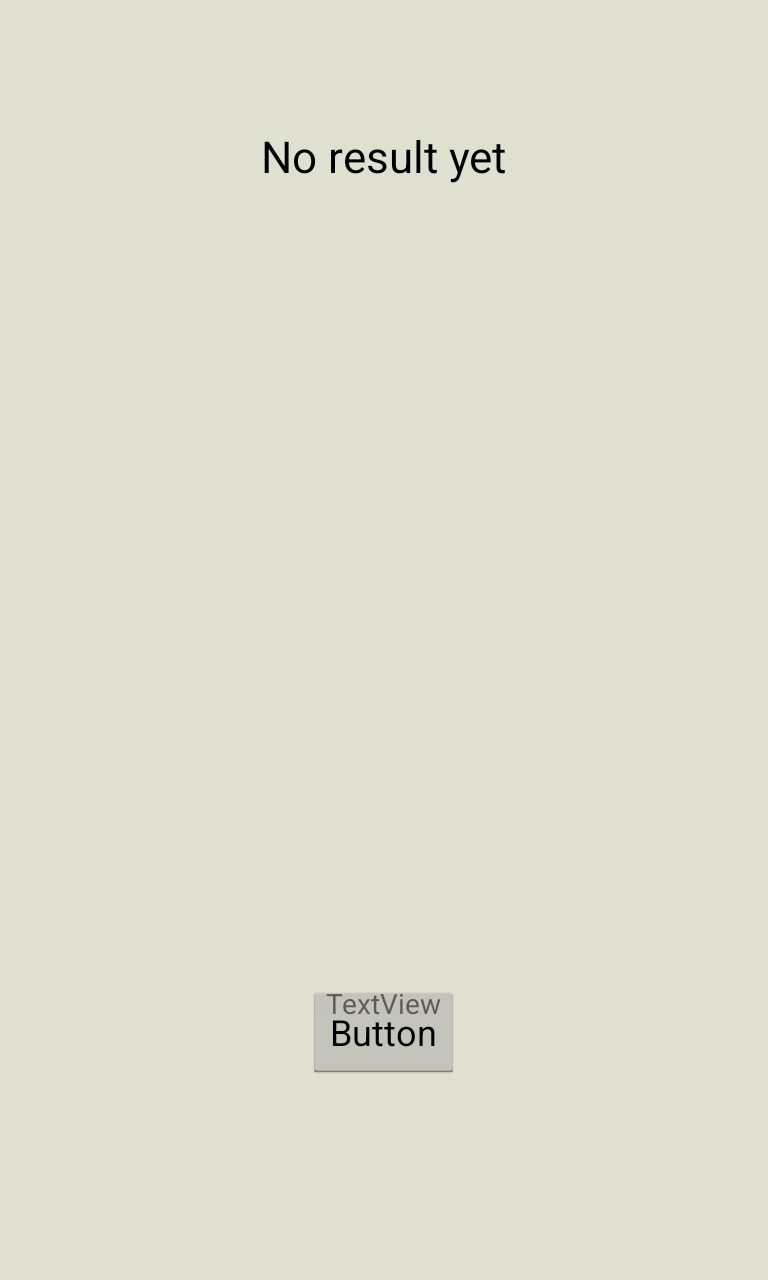
Repository: Kitsopappas/QBIReader
Layout: QBIReader/res/layout/activity_main.xml
These files come from the project's save history. The layout is drawn as it stood at one moment and after the next save; the edit follows.
It is drawn on a 768 x 1280 px phone screen (xhdpi) without system bars, with theme AppTheme; the app's code is not run.

Above is the layout before, as saved 2015-03-09 01:14:09.

After the next save:
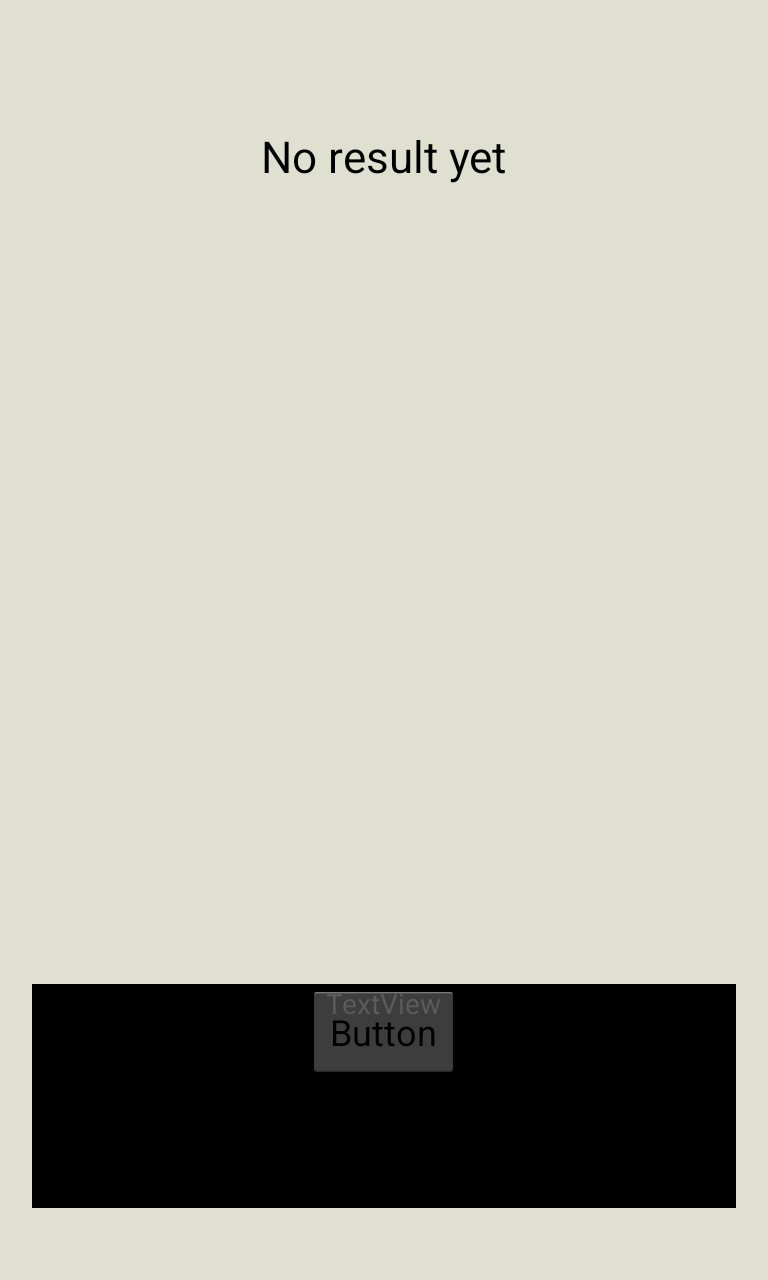
Saved 6 s later.
--- a/QBIReader/res/layout/activity_main.xml
+++ b/QBIReader/res/layout/activity_main.xml
@@ -26,13 +26,13 @@
         android:layout_alignParentBottom="true"
         android:layout_centerHorizontal="true"
         android:layout_marginBottom="20dp"
-        android:background="#00000" >
+        android:background="#000000" >
 
         <TextView
             android:id="@+id/textView1"
             android:layout_width="wrap_content"
             android:layout_height="wrap_content"
-            android:layout_above="@+id/relativeLayout1"
+
             android:layout_centerHorizontal="true"
             android:layout_marginBottom="93dp"
             android:text="TextView" />
